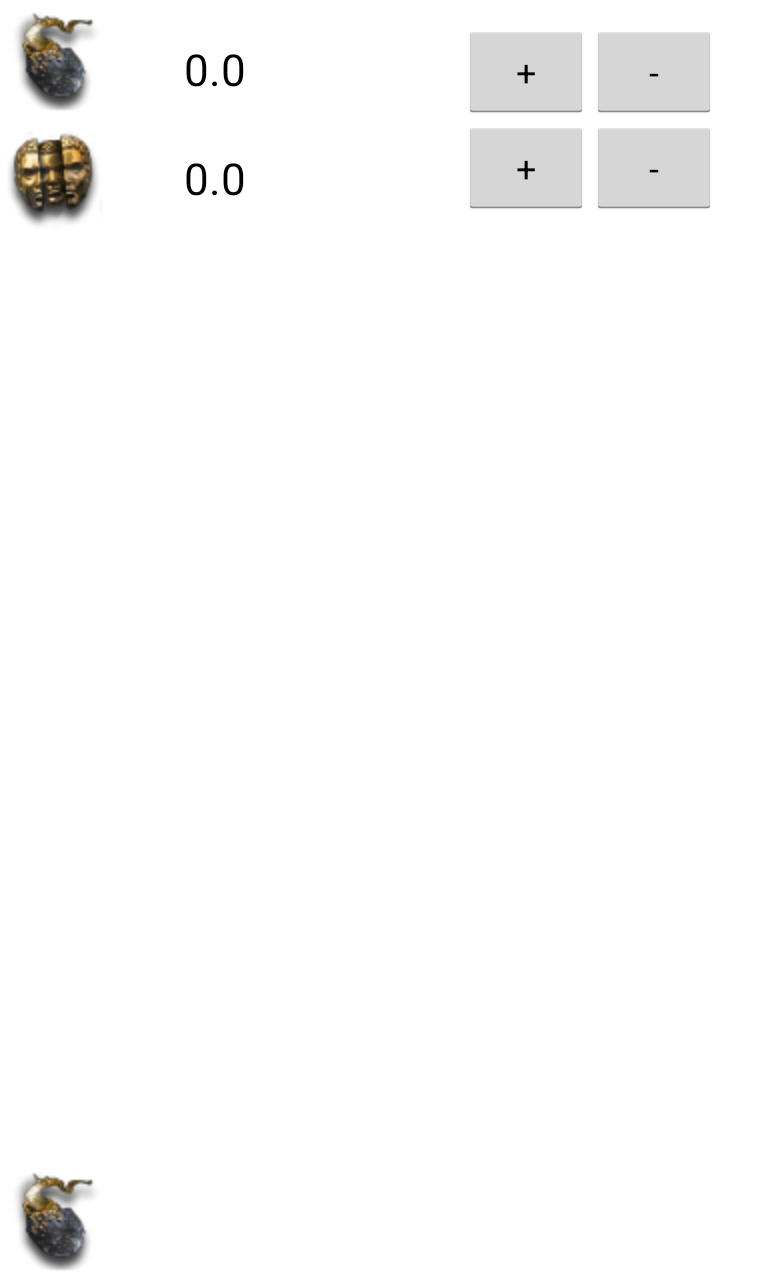
Repository: erictoddhagen/StartingAndriod
Layout: MyFirstApp/OrbTradeTracker/res/layout/activity_main.xml
The author's editor kept a copy of each file at every save. The layout is drawn from the files as they stood at one save, then again after the next save.
It is drawn on a 768 x 1280 px phone screen (xhdpi) without system bars, with theme AppTheme; the app's code is not run.

Above is the layout before, as saved 2013-02-03 08:53:21.

After the next save:
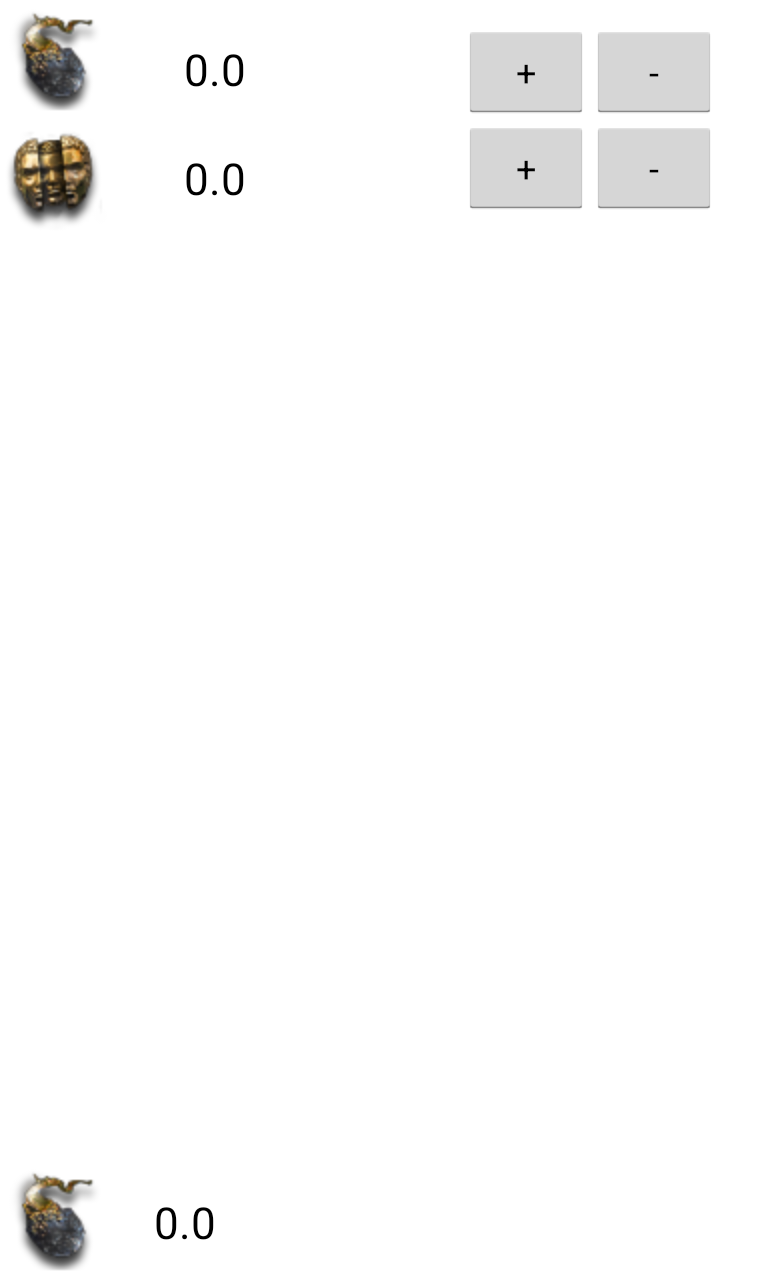
Saved 16 s later.
--- a/MyFirstApp/OrbTradeTracker/res/layout/activity_main.xml
+++ b/MyFirstApp/OrbTradeTracker/res/layout/activity_main.xml
@@ -83,4 +83,15 @@
         android:layout_toLeftOf="@+id/alchButtonSub"
         android:text="+" />
 
+    <TextView
+        android:id="@+id/Total"
+        android:layout_width="wrap_content"
+        android:layout_height="wrap_content"
+        android:layout_alignRight="@+id/chaosTextView"
+        android:layout_alignTop="@+id/imageView2"
+        android:layout_marginRight="15dp"
+        android:layout_marginTop="16dp"
+        android:text="0.0"
+        android:textAppearance="?android:attr/textAppearanceLarge" />
+
 </RelativeLayout>
